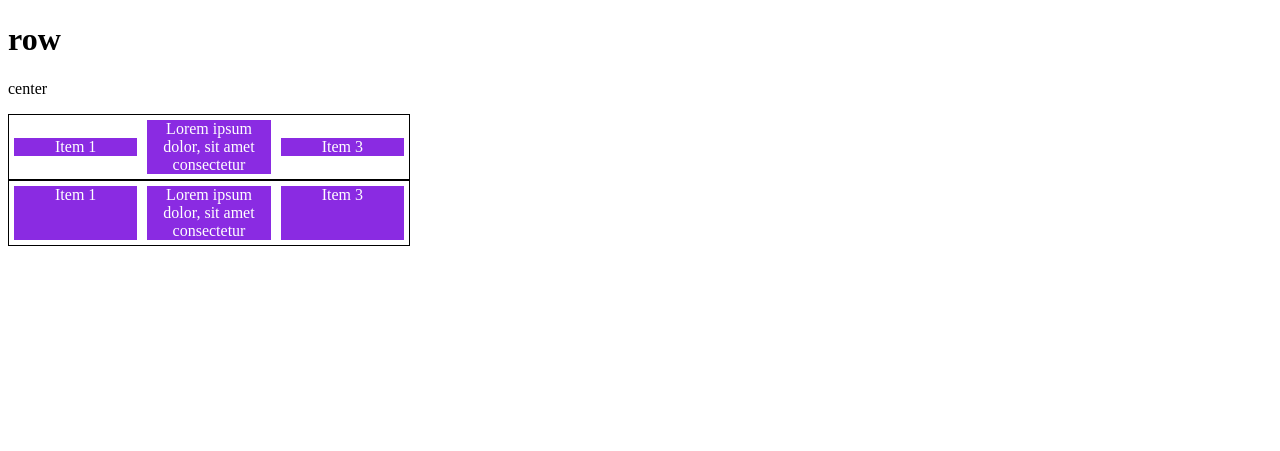
Repository: gabrielbino/projects-dio
Page: Flexbox/@align-items.html
These files come from the project's save history. The page is drawn as it stood at one moment and after the next save; the edit follows.
The browser window is 1280 px wide. The pictures show the whole page.

Above is the page before, as saved 2021-10-22 18:07:12.

After the next save:
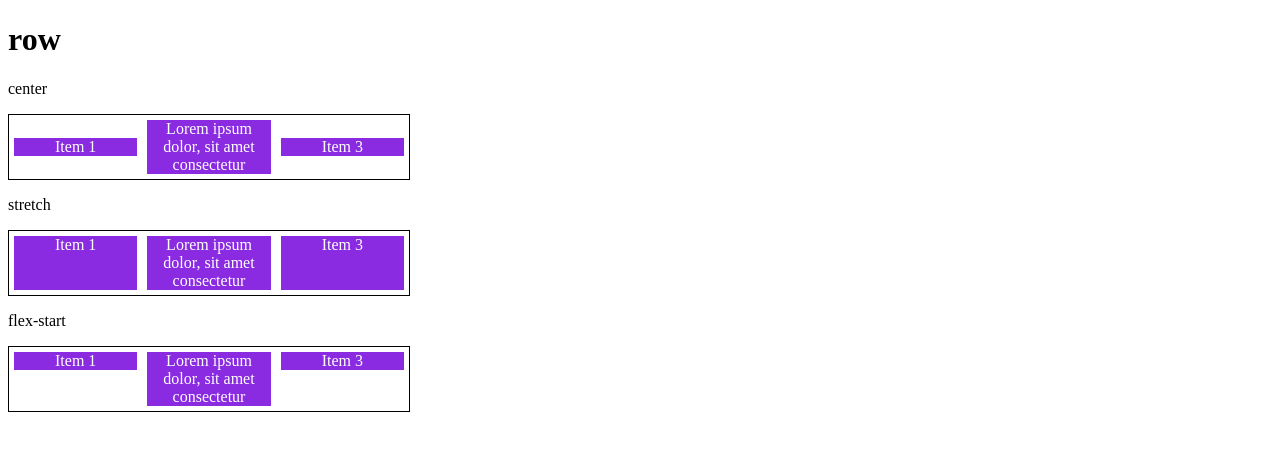
Saved 77 s later.
--- a/Flexbox/@align-items.html
+++ b/Flexbox/@align-items.html
@@ -26,6 +26,10 @@
       .stretch {
         align-items: stretch;
       }
+
+      .flexStart {
+        align-items: flex-start;
+      }
     </style>
   </head>
   <body>
@@ -37,7 +41,15 @@
       <div class="item">Item 3</div>
     </section>
 
+    <p>stretch</p>
     <section class="container stretch">
+      <div class="item">Item 1</div>
+      <div class="item">Lorem ipsum dolor, sit amet consectetur</div>
+      <div class="item">Item 3</div>
+    </section>
+
+    <p>flex-start</p>
+    <section class="container flexStart">
       <div class="item">Item 1</div>
       <div class="item">Lorem ipsum dolor, sit amet consectetur</div>
       <div class="item">Item 3</div>
